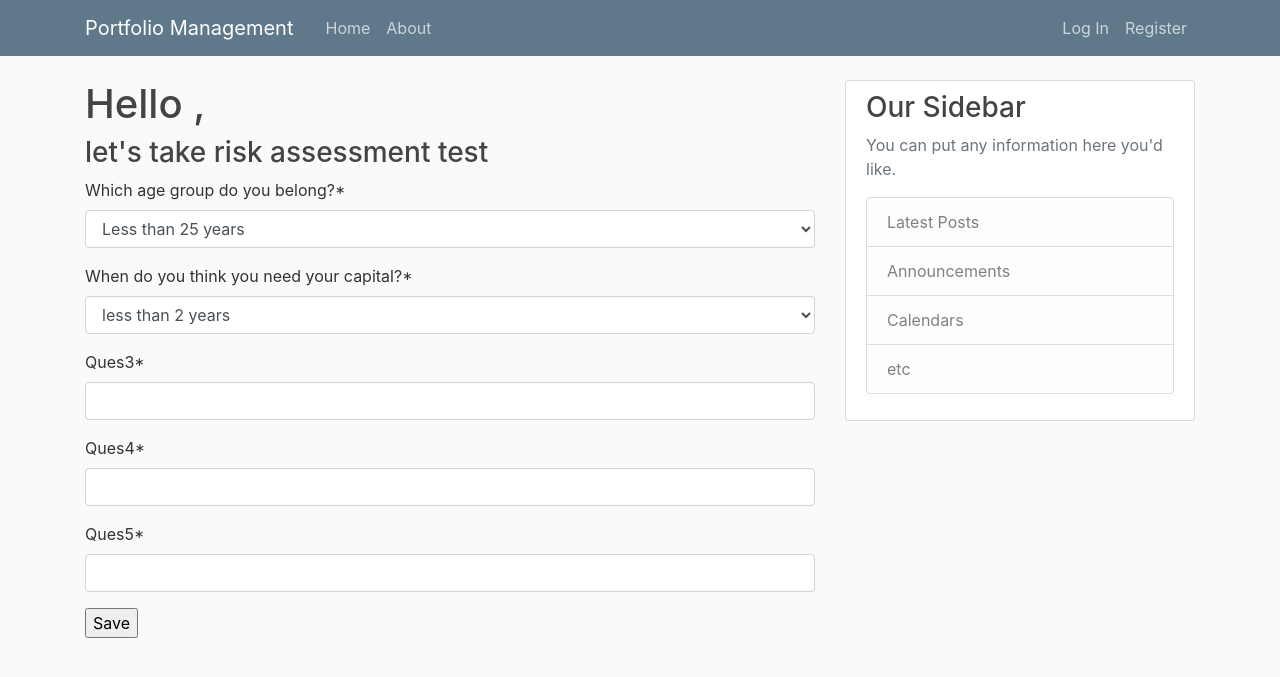
Repository: rahulsolankib/portfolio
Page: http://localhost/questions/
These files come from the project's save history. The page is drawn as it stood at one moment and after the next save; the edit follows.
The browser window is 1280 px wide. The pictures show the whole page.
The page is served by the project's application, run on Django 3.2 (manage.py).

Above is the page before, as saved 2020-10-20 00:37:19.

After the next save:
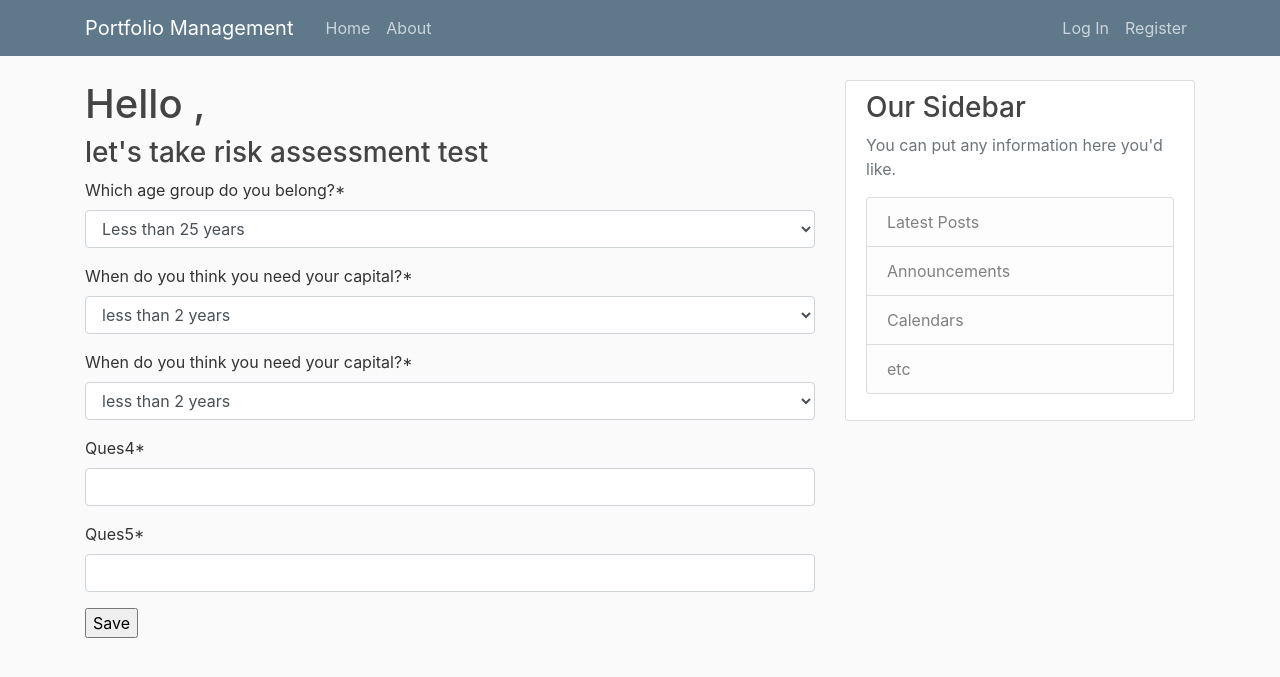
Saved 52 s later.
--- a/riskCalculator/forms.py
+++ b/riskCalculator/forms.py
@@ -19,7 +19,7 @@ class QForm(forms.Form):
 
     ques1 = forms.TypedChoiceField(label='Which age group do you belong?',choices=age_group, coerce=int, initial=4)
     ques2 = forms.TypedChoiceField(label='When do you think you need your capital?',choices=returnyear_group, coerce=int, initial=1)
-    ques3 = forms.CharField()
+    ques3 = forms.TypedChoiceField(label='When do you think you need your capital?',choices=returnyear_group, coerce=int, initial=1)
     ques4 = forms.CharField()
     ques5 = forms.CharField()
 
